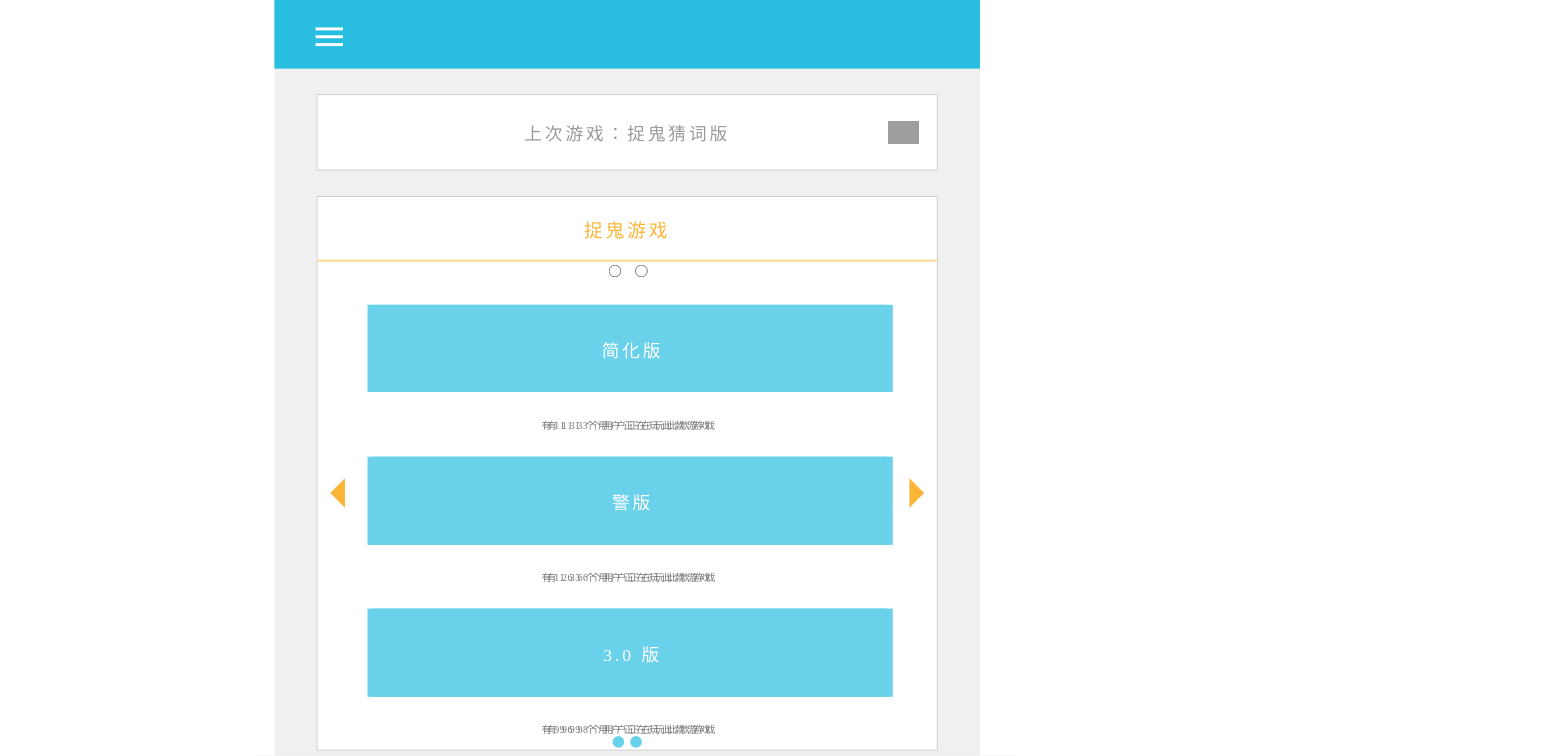
Repository: leozhangpd/My-Codes
Page: JS/two-project/home_page.html
The author's editor kept a copy of each file at every save. The page is drawn from the files as they stood at one save, then again after the next save.
The browser window is 1280 px wide. The page is 1280 px wide, then 1593 px, so the pictures cover 1593 px, including what lies to the right of the window. The pictures show the whole page, at 98% of full size.
Pictures or frames that could not be fetched are drawn as grey boxes.

Above is the page before, as saved 2020-11-06 16:22:25.

After the next save:
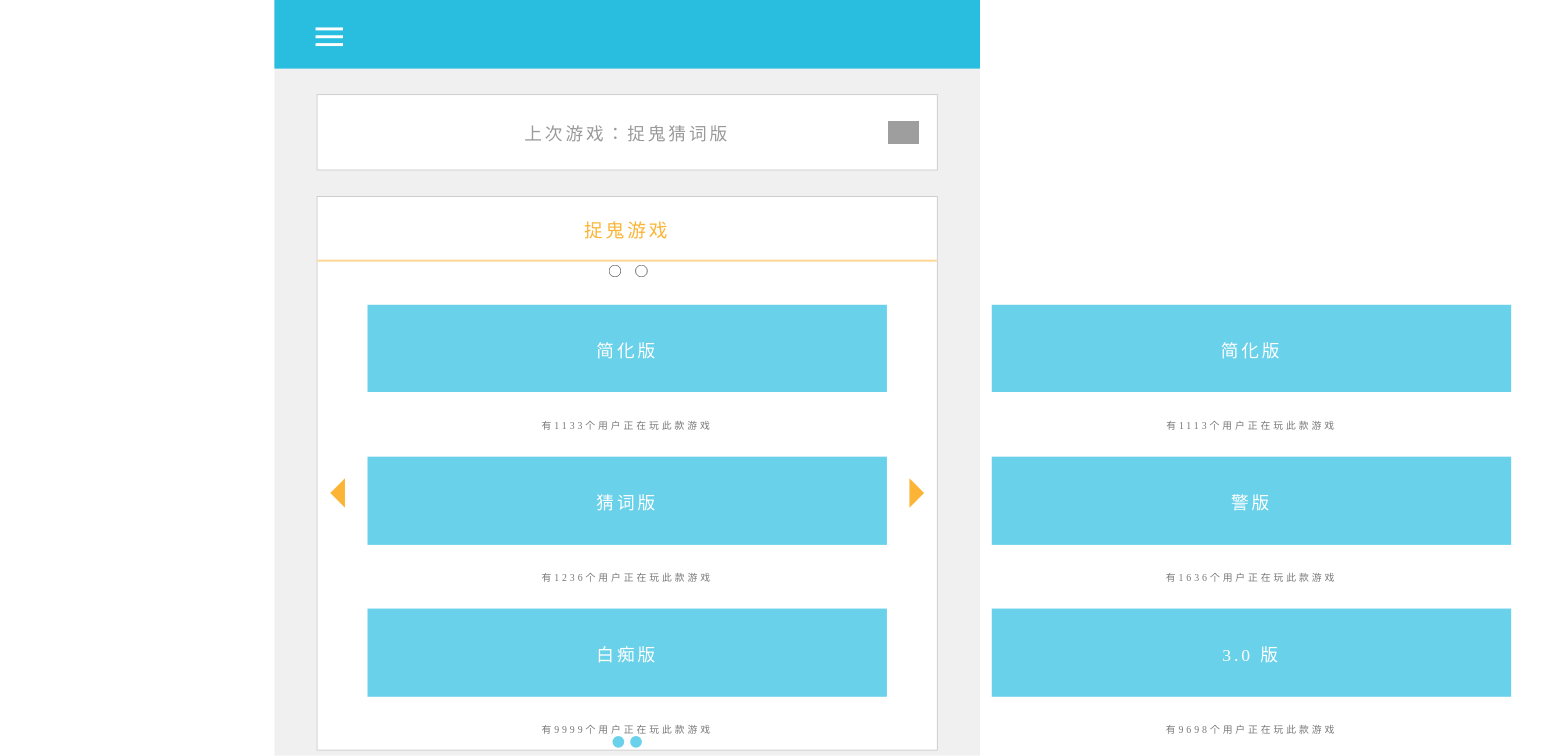
Saved 2 min 39 s later.
--- a/JS/two-project/css/home_page.css
+++ b/JS/two-project/css/home_page.css
@@ -75,7 +75,6 @@ main{
 .list>li:nth-child(even){/*option__hint*/
     color: #787878;
 }
-#out-2{margin-left: -100%;}
 /* input{display: none;} */
 .page>label{/*page__dot*/
     display: inline-block;
